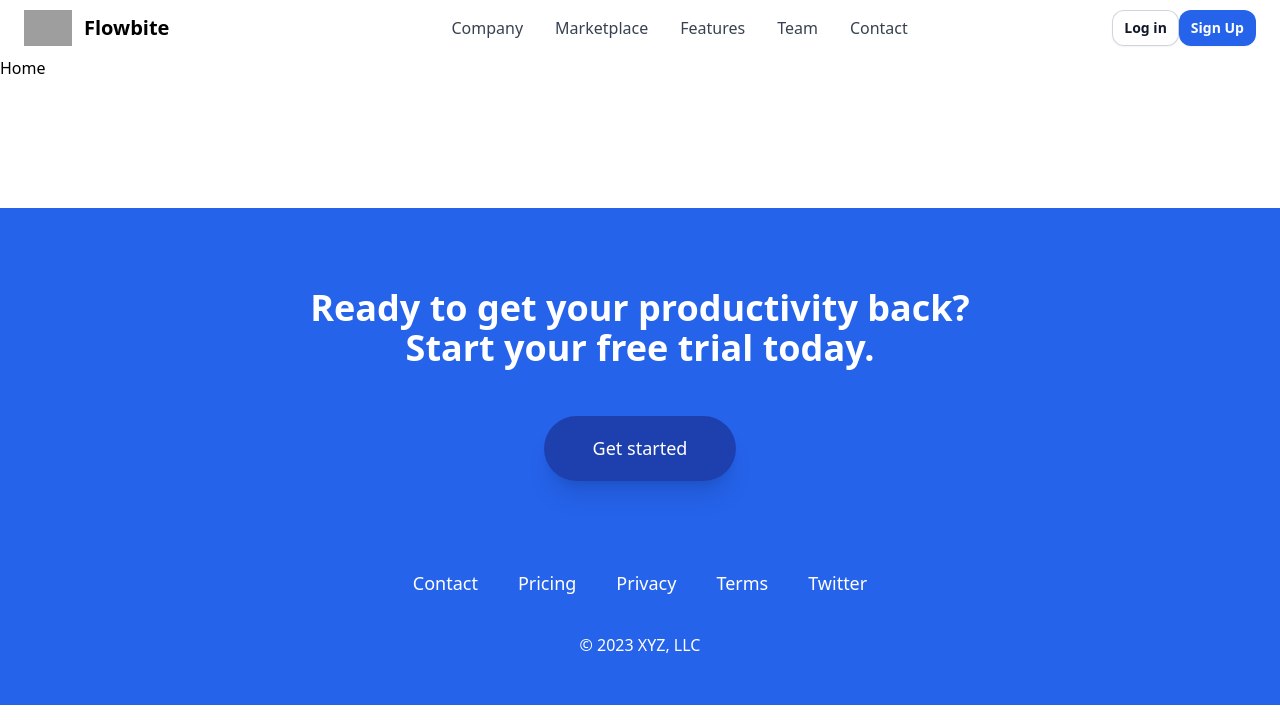
Repository: HzTung/quiz_laravel_vue
Page: / (app in Frontend/)
These files come from the project's save history. The page is drawn as it stood at one moment and after the next save; the edit follows.
The browser window is 1280 px wide. The pictures show the whole page.
Pictures or frames that could not be fetched are drawn as grey boxes. The project was rebuilt for these pictures with package versions that can differ from the ones it lists, and the page was loaded fresh each time. Also part of the build but not shown: Frontend/vite.config.js, Frontend/src/views/Login.vue, Frontend/src/views/SignUp.vue.

Above is the page before, as saved 2024-08-09 13:22:48.

After the next save:
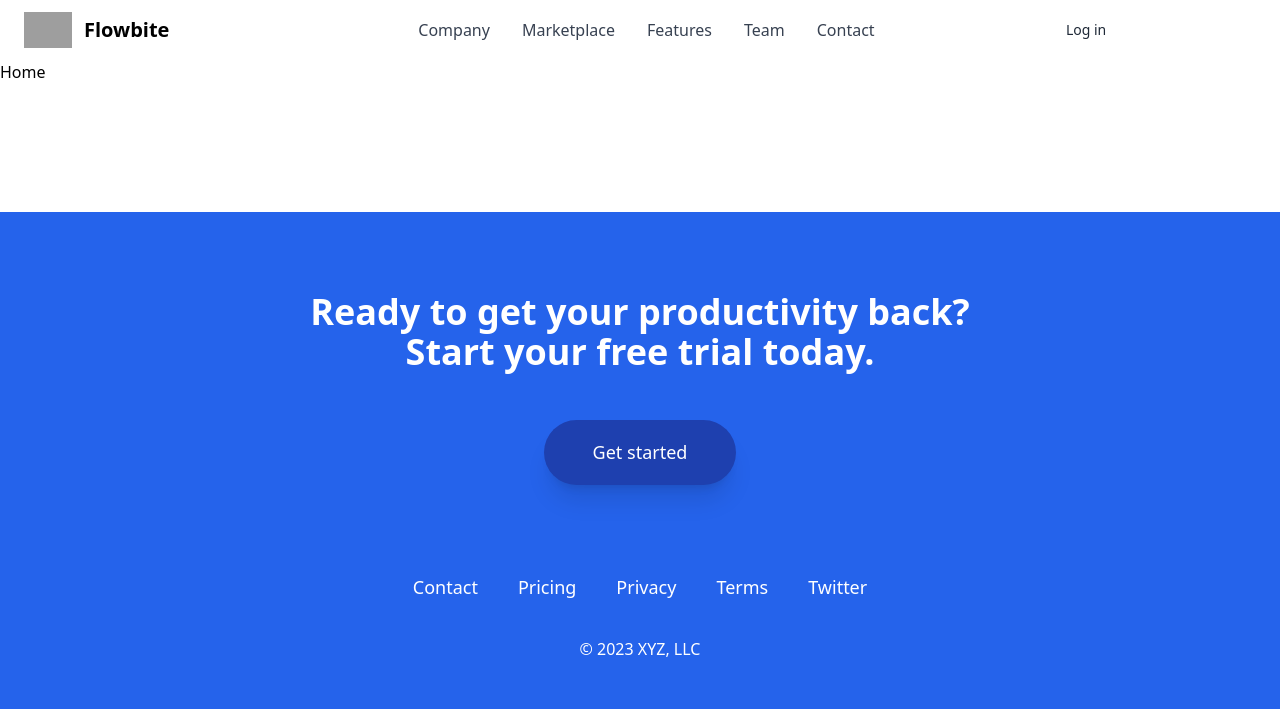
Saved 26 s later.
--- a/Frontend/src/components/HeaderView.vue
+++ b/Frontend/src/components/HeaderView.vue
@@ -20,13 +20,13 @@
                 <div class="flex items-center lg:order-2">
                     <a
                         href="#"
-                        class="hidden items-center justify-center rounded-xl bg-white px-3 py-2 text-sm font-semibold text-gray-900 shadow-sm ring-1 ring-inset ring-gray-300 transition-all duration-150 hover:bg-gray-50 sm:inline-flex"
+                        class="text-gray-800 dark:text-white hover:bg-gray-50 focus:ring-4 focus:ring-gray-300 font-medium rounded-lg text-sm px-4 lg:px-5 py-2 lg:py-2.5 mr-2 dark:hover:bg-gray-700 focus:outline-none dark:focus:ring-gray-800"
                         >Log in</a
                     >
                     <a
                         href="#"
-                        class="inline-flex items-center justify-center rounded-xl bg-blue-600 px-3 py-2 text-sm font-semibold text-white shadow-sm transition-all duration-150 hover:bg-blue-500 focus-visible:outline focus-visible:outline-2 focus-visible:outline-offset-2 focus-visible:outline-blue-600"
-                        >Sign Up</a
+                        class="text-white bg-primary-700 hover:bg-primary-800 focus:ring-4 focus:ring-primary-300 font-medium rounded-lg text-sm px-4 lg:px-5 py-2 lg:py-2.5 mr-2 dark:bg-primary-600 dark:hover:bg-primary-700 focus:outline-none dark:focus:ring-primary-800"
+                        >Get started</a
                     >
                     <button
                         data-collapse-toggle="mobile-menu-2"
